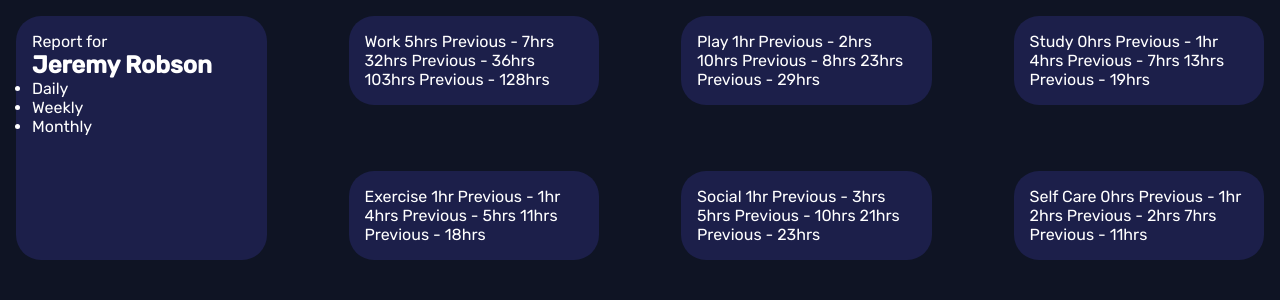
Repository: 3mr-5aled/time-tracking-dashboard-Junior
Page: index.html
The author's editor kept a copy of each file at every save. The page is drawn from the files as they stood at one save, then again after the next save.
The browser window is 1280 px wide. The pictures show the whole page.

Above is the page before, as saved 2022-12-27 15:37:05.

### index.html
<!DOCTYPE html>
<html lang="en">
  <head>
    <meta charset="UTF-8" />
    <meta name="viewport" content="width=device-width, initial-scale=1.0" />
    <!-- displays site properly based on user's device -->

    <link
      rel="icon"
      type="image/png"
      sizes="32x32"
      href="./images/favicon-32x32.png"
    />
    <link rel="stylesheet" href="style.css" />

    <title>Frontend Mentor | Time tracking dashboard</title>

    <!-- Feel free to remove these styles or customise in your own stylesheet 👍 -->
    <style>
      .attribution {
        display: none;
        font-size: 11px;
        text-align: center;
      }
      .attribution a {
        color: hsl(228, 45%, 44%);
      }
    </style>
  </head>
  <body>
    <div class="main">
      <div class="user">
        <p>Report for</p>
        <h2>Jeremy Robson</h2>
        <div class="filter">
          <ul>
            <li>Daily</li>
            <li>Weekly</li>
            <li>Monthly</li>
          </ul>
        </div>
      </div>
      <div class="work">
        Work 5hrs
        <!-- daily -->
        Previous - 7hrs
        <!-- daily -->
        32hrs
        <!-- weekly -->
        Previous - 36hrs
        <!-- weekly -->
        103hrs
        <!-- monthly -->
        Previous - 128hrs
        <!-- monthly -->
      </div>
      <div class="play">
        Play 1hr
        <!-- daily -->
        Previous - 2hrs
        <!-- daily -->
        10hrs
        <!-- weekly -->
        Previous - 8hrs
        <!-- weekly -->
        23hrs
        <!-- monthly -->
        Previous - 29hrs
        <!-- monthly -->
      </div>
      <div class="study">
        Study 0hrs
        <!-- daily -->
        Previous - 1hr
        <!-- daily -->
        4hrs
        <!-- weekly -->
        Previous - 7hrs
        <!-- weekly -->
        13hrs
        <!-- monthly -->
        Previous - 19hrs
        <!-- monthly -->
      </div>

      <div class="exercise">
        Exercise 1hr
        <!-- daily -->
        Previous - 1hr
        <!-- daily -->
        4hrs
        <!-- weekly -->
        Previous - 5hrs
        <!-- weekly -->
        11hrs
        <!-- monthly -->
        Previous - 18hrs
        <!-- monthly -->
      </div>

      <div class="social">
        Social 1hr
        <!-- daily -->
        Previous - 3hrs
        <!-- daily -->
        5hrs
        <!-- weekly -->
        Previous - 10hrs
        <!-- weekly -->
        21hrs
        <!-- monthly -->
        Previous - 23hrs
        <!-- monthly -->
      </div>
      <div class="selfCare">
        Self Care 0hrs
        <!-- daily -->
        Previous - 1hr
        <!-- daily -->
        2hrs
        <!-- weekly -->
        Previous - 2hrs
        <!-- weekly -->
        7hrs
        <!-- monthly -->
        Previous - 11hrs
        <!-- monthly -->
      </div>
    </div>
    <div class="attribution">
      Challenge by
      <a href="https://www.frontendmentor.io?ref=challenge" target="_blank"
        >Frontend Mentor</a
      >. Coded by <a href="#">3mr 5aled</a>.
    </div>
  </body>
</html>

### style.css
@import url("https://fonts.googleapis.com/css2?family=Rubik:wght@300;400;500&display=swap");

* {
  box-sizing: border-box;
  padding: 0;
  margin: 0;
  font-family: "Rubik", sans-serif;
}

:root {
  /* Primary colors */
  --blue: hsl(246, 80%, 60%);
  --light-red: hsl(15, 100%, 70%); /*(work)*/
  --soft-blue: hsl(195, 74%, 62%); /*(play)*/
  --light-red: hsl(348, 100%, 68%); /*(study)*/
  --lime-green: hsl(145, 58%, 55%); /*(exercise)*/
  --violet: hsl(264, 64%, 52%); /*(social)*/
  --soft-orange: hsl(43, 84%, 65%); /*(self care)*/

  /* Neutral colors */
  --very-dark-blue: hsl(226, 43%, 10%);
  --dark-blue: hsl(235, 46%, 20%);
  --desaturated-blue: hsl(235, 45%, 61%);
  --pale-blue: hsl(236, 100%, 87%);

  /* card font size */
  --fs-card: 18px;

  /* media quires */
  --mobile-view: 375px;
  --desktop-view: 1440px;
}

body {
  background-color: var(--very-dark-blue);
  color: white;
}

.main {
  display: grid;
  grid-template-columns: repeat(4, 1fr);
  grid-template-rows: repeat(2, 1fr);
  grid-template-areas:
    "user work play study"
    "user exercise social selfCare";
  grid-column-gap: 50px;
  grid-row-gap: 50px;
}

.user,
.work,
.play,
.study,
.exercise,
.social,
.selfCare {
  background: var(--dark-blue);
  border-radius: 25px;
  padding: 1rem;
  margin-top: 1rem;
  margin-right: 1rem;
  margin-left: 1rem;
}

.user {
  grid-area: user;
}
.work {
  grid-area: work;
}
.play {
  grid-area: play;
}
.study {
  grid-area: study;
}
.exercise {
  grid-area: exercise;
}
.social {
  grid-area: social;
}
.selfCare {
  grid-area: selfCare;
}

@media screen and (max-width: 375px) {
  .main {
    display: grid;
    grid-template-columns: 1fr;
    grid-template-rows: repeat(7, 1fr);
    grid-column-gap: 50px;
    grid-row-gap: 50px;
    grid-template-areas:
      "user"
      "work"
      "play"
      "study"
      "exercise"
      "social"
      "selfCare";
  }
}

After the next save:
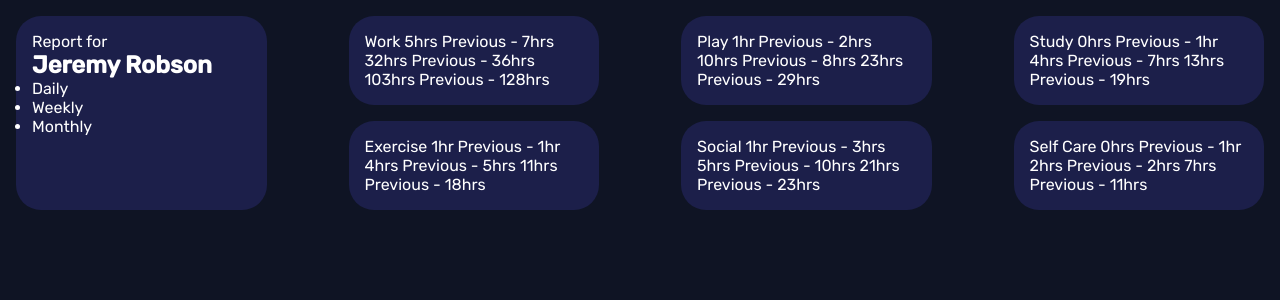
Saved 14 s later.
--- a/style.css
+++ b/style.css
@@ -44,7 +44,7 @@ body {
     "user work play study"
     "user exercise social selfCare";
   grid-column-gap: 50px;
-  grid-row-gap: 50px;
+  /* grid-row-gap: 50px; */
 }
 
 .user,
